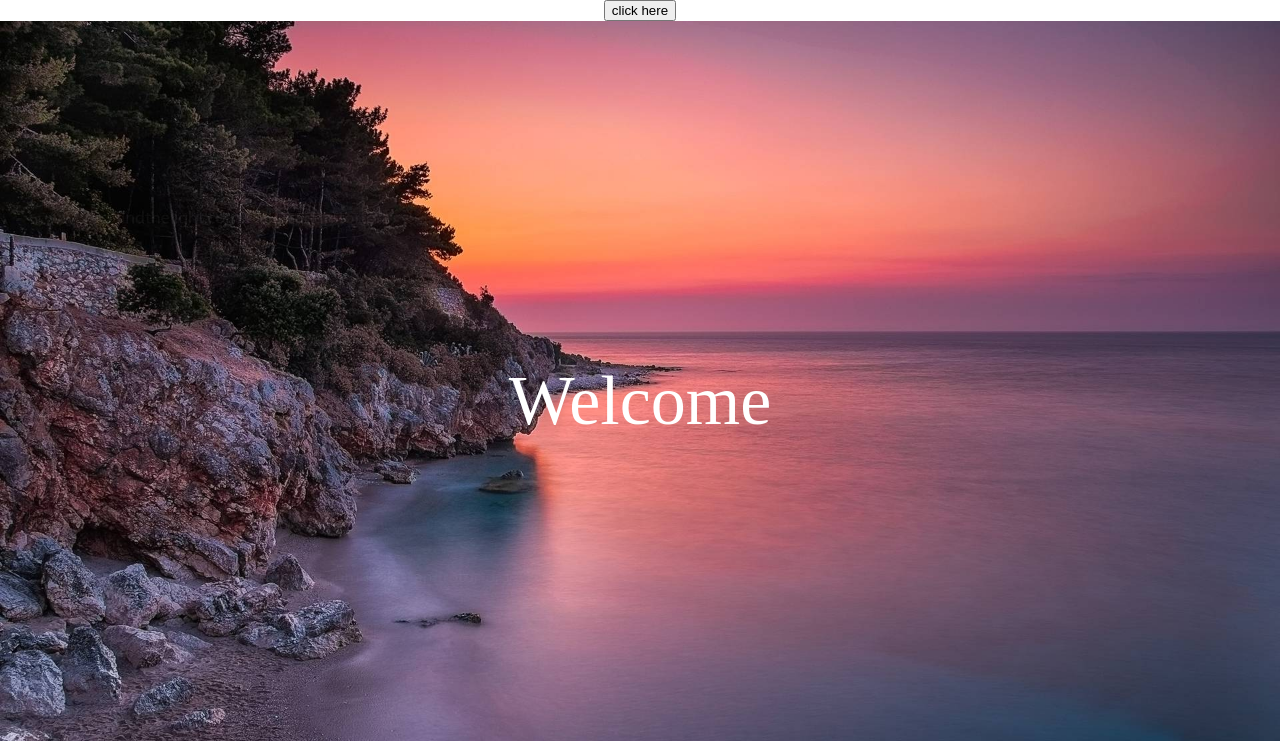
Repository: Berilinanir/Login-Logout-System
Page: http://localhost/Loginn/successs.jsp
An editor plug-in stored every save of this project. The page is shown before and after the next save, followed by the edit.
The browser window is 1280 px wide. The pictures show the whole page.
The page is served by Tomcat 9. Other server files are loaded and not shown.

Above is the page before, as saved 2018-10-13 18:32:08.

### Loginn/WebContent/successs.jsp
<%@ page language="java" contentType="text/html; charset=ISO-8859-1"
    pageEncoding="ISO-8859-1"%>
<!DOCTYPE html>





<html>
<head>
<meta charset="ISO-8859-1">
<title>Success Page</title>

   <link rel="stylesheet" href="style3.css">

</head>
<body>

    <div style="text-align:center;">



     <input type="button" onClick="location.href='logout.jsp'" value='click here' class="btn" >



  <slider>

         <slide><p>Welcome  ${sessionScope.namee }</p></slide>
         <slide><p>Welcome  ${sessionScope.namee }</p></slide>
         <slide><p>Welcome  ${sessionScope.namee }</p></slide>
         <slide><p>Welcome  ${sessionScope.namee }</p></slide>


  </slider>



      </div>


</script>



</body>


</html>

### Loginn/WebContent/style3.css
@charset "UTF-8";

 jsp,body{

	      width:100%;
	      height:100%;
	      padding:0;
	      margin:0px;


}

slider{

	     display:block;
	     width:100%;
	     height:100%;
	     background-color: #1f1f1f;
	     overflow:hidden;
	     position:absolute;
}

slider > * {

	     position:absolute;
	     display:block;
	     width:100%;
	     height:100%;
	     background: #1f1f1f;
	     animation:slide 12s infinite;
	     overflow:hidden;
}

slide:nth-child(1){

	     left:0%;
	     animation-delay:-1s;
	     background-image:url(resim3.jpg);
	     background-size:cover;
	     background-position: center;
}

slide:nth-child(2){


	     animation-delay:2s;
	     background-image:url(resim6.jpg);
	     background-size:cover;
	     background-position: center;
}

slide:nth-child(3){


	     animation-delay:5s;
	     background-image:url(resim8.jpg);
	     background-size:cover;
	     background-position: center;
}

slide:nth-child(4){


	     animation-delay:8s;
	     background-image:url(resim9.jpg);
	     background-size:cover;
	     background-position: center;
}

slide p{

	    font-family:Comfortaa;
	    font-size:70px;
	    text-align:center;
	    display:inline-block;
	    width:100%;
	    margin-top: 340px;
	    color:#fff;
}

@keyframes slide{

	    0% { left:100%; width:100%;}
	    5% { left:0%;}
	    25%{ left:0%;}
	    30%{ left:-100%;width:100%;}
	    30.0001%{left:-100%;width:0%;}
	    100%{ left:100% width:0%;}
}

.btn{



  color:black;



}

After the next save:
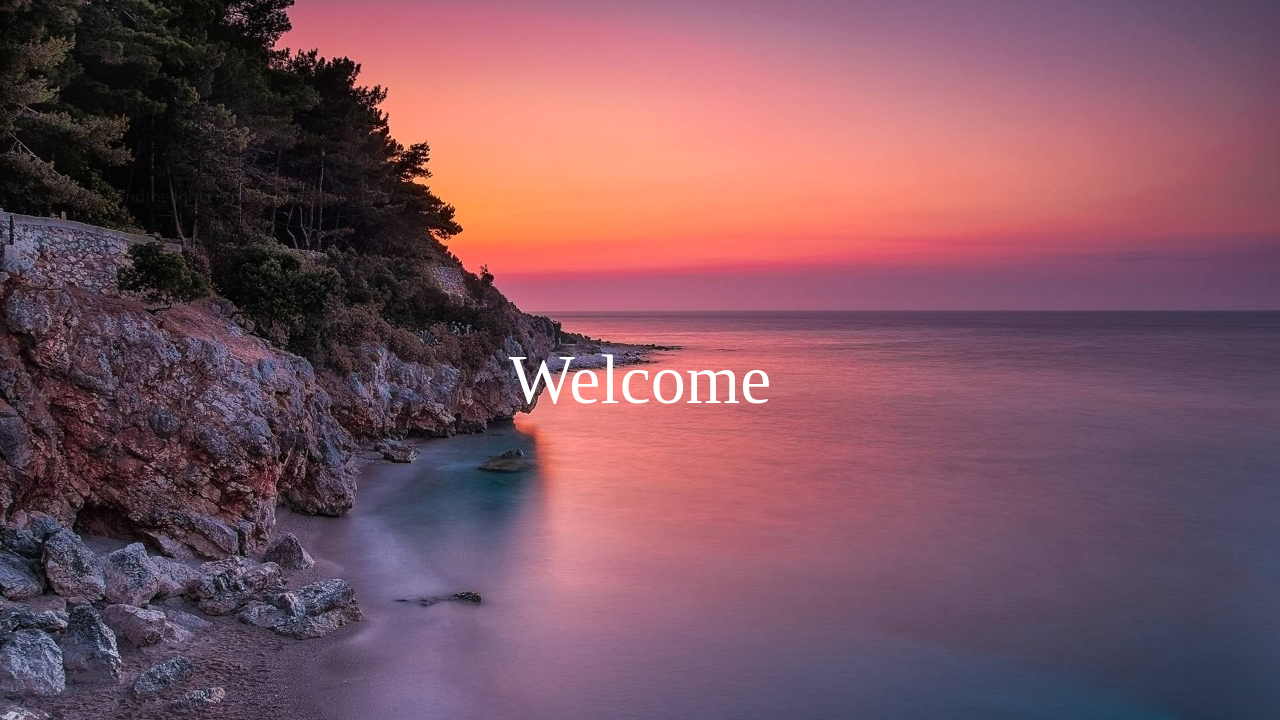
Saved 9 min 12 s later.
--- a/Loginn/WebContent/successs.jsp
+++ b/Loginn/WebContent/successs.jsp
@@ -20,7 +20,6 @@
 
 
 
-     <input type="button" onClick="location.href='logout.jsp'" value='click here' class="btn" >
 
 
 
@@ -30,6 +29,11 @@
          <slide><p>Welcome  ${sessionScope.namee }</p></slide>
          <slide><p>Welcome  ${sessionScope.namee }</p></slide>
          <slide><p>Welcome  ${sessionScope.namee }</p></slide>
+
+         <slide> <input type="button" onClick="location.href='logout.jsp'" value='click here' class="btn" ></slide>
+         <slide> <input type="button" onClick="location.href='logout.jsp'" value='click here' class="btn" ></slide>
+         <slide> <input type="button" onClick="location.href='logout.jsp'" value='click here' class="btn" ></slide>
+         <slide> <input type="button" onClick="location.href='logout.jsp'" value='click here' class="btn" ></slide>
 
 
   </slider>

After the save that followed:
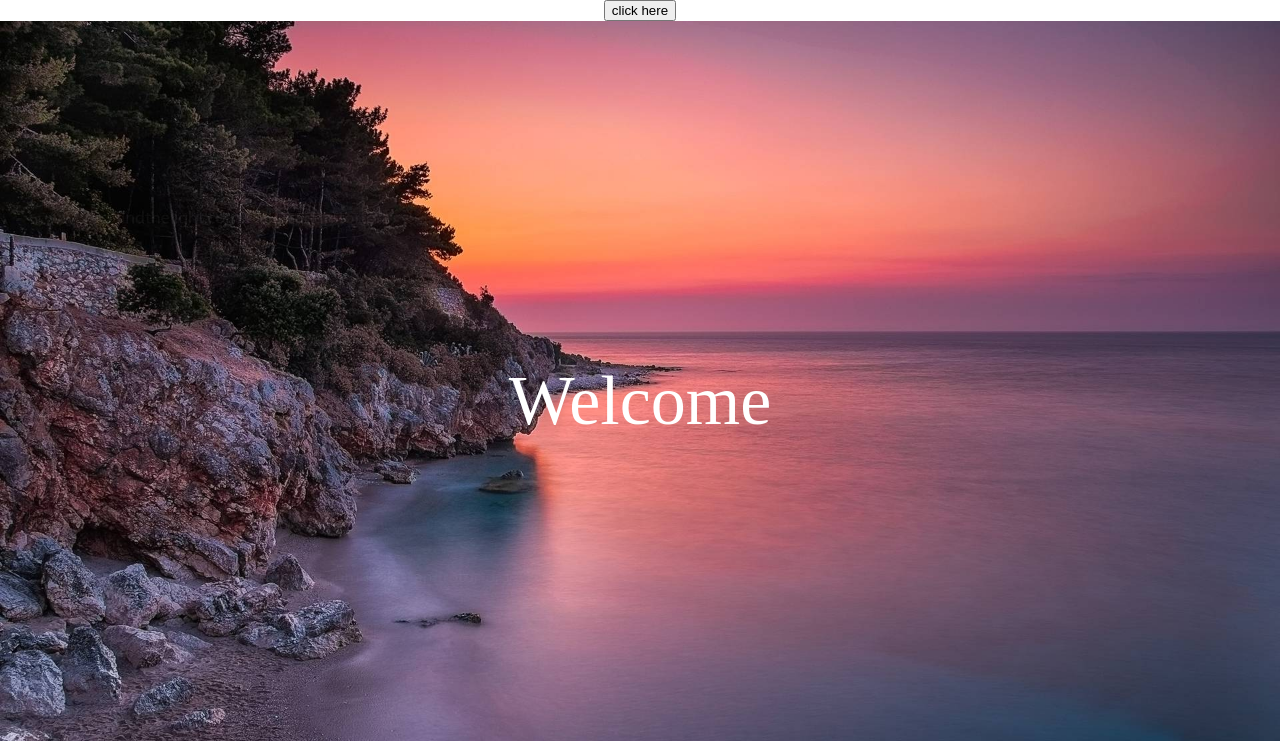
Saved 4 min 17 s later.
--- a/Loginn/WebContent/successs.jsp
+++ b/Loginn/WebContent/successs.jsp
@@ -20,6 +20,7 @@
 
 
 
+     <input type="button" onClick="location.href='logout.jsp'" value='click here' class="btn" style="color: black;" >
 
 
 
